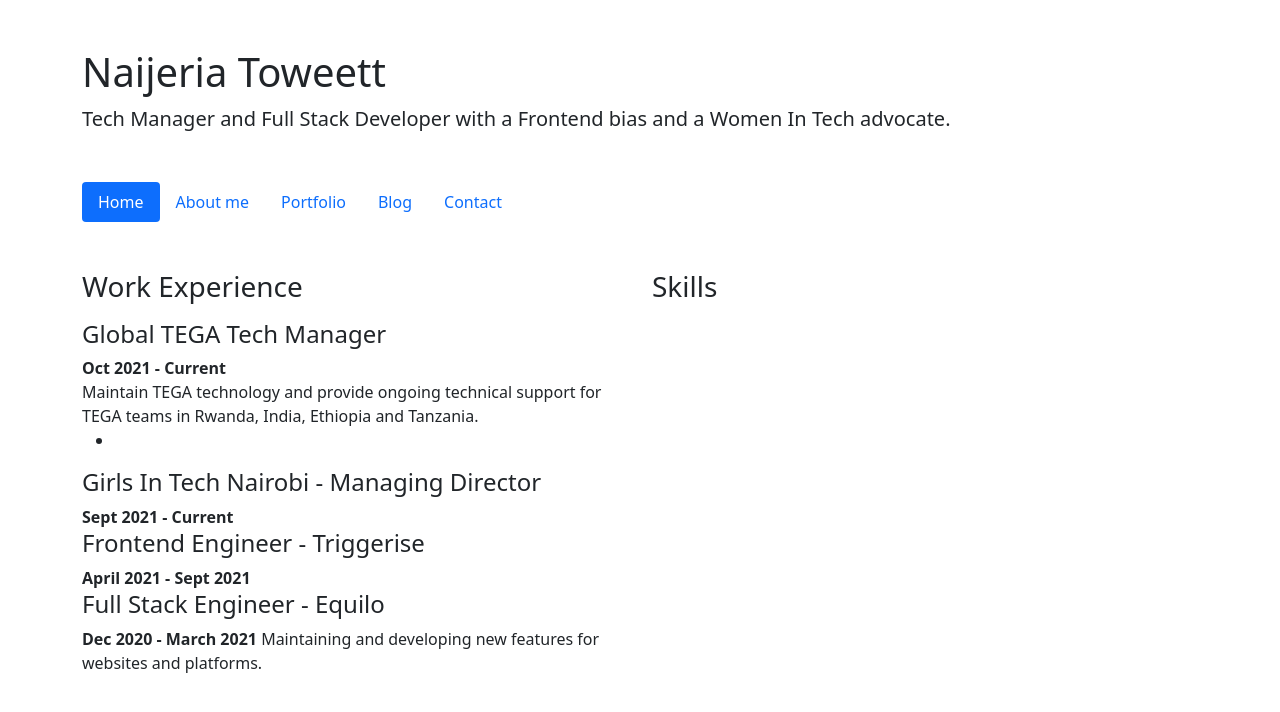
Repository: mamatechafrica/portfolio
Page: index.html
These files come from the project's save history. The page is drawn as it stood at one moment and after a run of saves; the edit follows.
The browser window is 1280 px wide. The pictures show the whole page.

Above is the page before, as saved 2022-01-04 14:18:09.

### index.html
<!doctype html>
<html lang="en">
    <head>
        <!-- Required meta tags -->
        <meta charset="utf-8">
        <meta name="viewport" content="width=device-width, initial-scale=1">

        <!-- Bootstrap CSS -->
        <link href="https://cdn.jsdelivr.net/npm/bootstrap@5.0.2/dist/css/bootstrap.min.css" rel="stylesheet" integrity="sha384-EVSTQN3/azprG1Anm3QDgpJLIm9Nao0Yz1ztcQTwFspd3yD65VohhpuuCOmLASjC" crossorigin="anonymous">

        <title>NashTheCoder portfolio</title>
    </head>
    <body>
        <div class="container my-5">
            <h1>Naijeria Toweett</h1>
            <p class="lead">
                Tech Manager and Full Stack Developer with a Frontend bias and a Women In Tech advocate.
            </p>
        </div>

        <div class="container">
            <nav>
                <ul class="nav nav-pills ">
                    <li class="nav-item">
                        <a class="nav-link active" aria-current="page" href="#">Home</a>
                    </li>
                    <li class="nav-item">
                        <a class="nav-link" href="#">About me</a>
                    </li>
                    <li class="nav-item">
                        <a class="nav-link" href="#">Portfolio</a>
                    </li>
                    <li class="nav-item">
                        <a class="nav-link" href="https://mumlovestech.com/" target="blank">Blog</a>
                    </li>
                    <li class="nav-item">
                        <a class="nav-link" href="#">Contact</a>
                    </li>
                </ul>
            </nav>
        </div>

        <div class="container mt-5">
            <div class="row">
                <div class="col">
                    <h3 class="mb-3">Work Experience</h3>
                    <h4>Global TEGA Tech Manager</h4>
                    <div>
                        <strong>Oct 2021 - Current</strong>
                    </div>
                        Maintain TEGA technology and provide ongoing technical support for TEGA teams in Rwanda, India, Ethiopia and Tanzania.
                    <ul>
                        <li></li>
                    </ul>
                    <h4>Girls In Tech Nairobi - Managing Director</h4>
                    <div>
                        <strong>Sept 2021 - Current</strong>

                    </div>
                    <h4>Frontend Engineer - Triggerise</h4>
                    <div>
                        <strong>April 2021 - Sept 2021</strong>
                    </div>
                    <h4>Full Stack Engineer - Equilo</h4>
                    <div>
                        <strong>Dec 2020 - March 2021</strong>
                        Maintaining and developing new features for websites and platforms.
                    </div>
                </div>
                <div class="col">
                    <h3 class="mb-3">Skills</h3>
                </div>
            </div>
        </div>

        <!-- Optional JavaScript; choose one of the two! -->

        <!-- Option 1: Bootstrap Bundle with Popper -->
        <script src="https://cdn.jsdelivr.net/npm/bootstrap@5.0.2/dist/js/bootstrap.bundle.min.js" integrity="sha384-MrcW6ZMFYlzcLA8Nl+NtUVF0sA7MsXsP1UyJoMp4YLEuNSfAP+JcXn/tWtIaxVXM" crossorigin="anonymous"></script>

        <!-- Option 2: Separate Popper and Bootstrap JS -->
        <!--
        <script src="https://cdn.jsdelivr.net/npm/@popperjs/core@2.9.2/dist/umd/popper.min.js" integrity="sha384-IQsoLXl5PILFhosVNubq5LC7Qb9DXgDA9i+tQ8Zj3iwWAwPtgFTxbJ8NT4GN1R8p" crossorigin="anonymous"></script>
        <script src="https://cdn.jsdelivr.net/npm/bootstrap@5.0.2/dist/js/bootstrap.min.js" integrity="sha384-cVKIPhGWiC2Al4u+LWgxfKTRIcfu0JTxR+EQDz/bgldoEyl4H0zUF0QKbrJ0EcQF" crossorigin="anonymous"></script>
        -->
    </body>
</html>

After the next 3 saves:
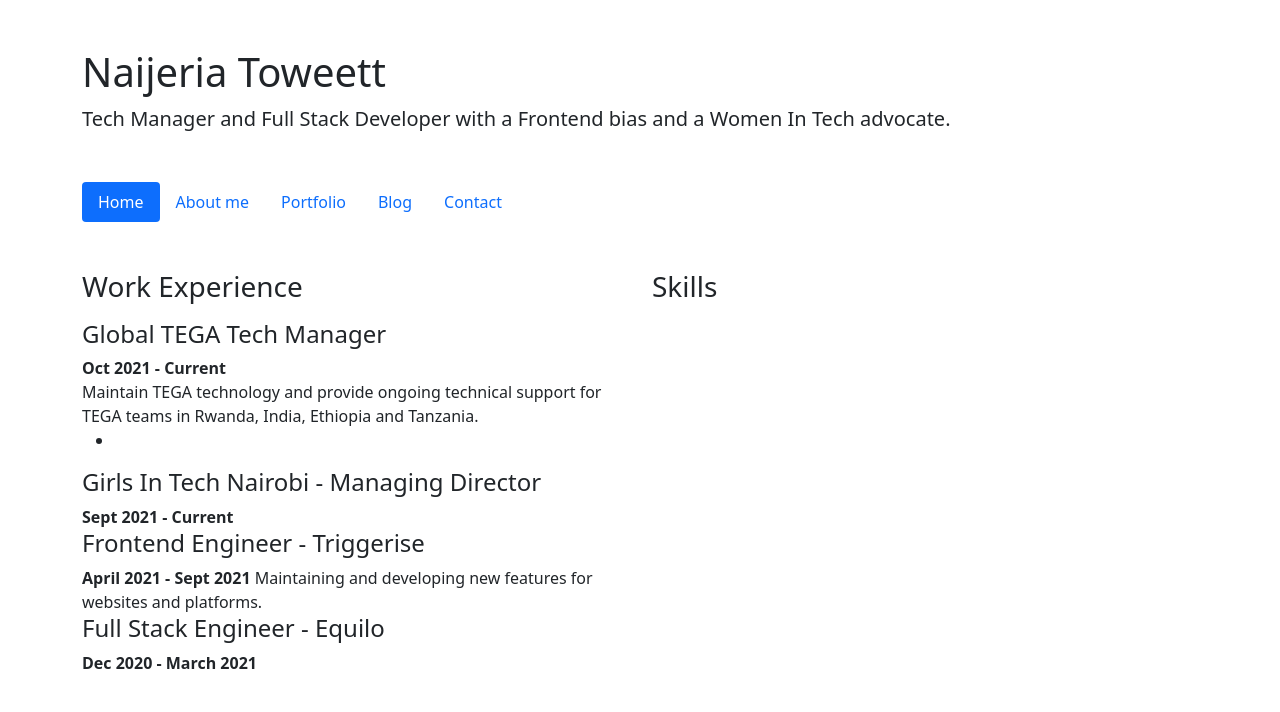
The 3 saves are shown as one change because they came seconds apart.
The last was saved 9 s later.
--- a/index.html
+++ b/index.html
@@ -60,11 +60,12 @@
                     <h4>Frontend Engineer - Triggerise</h4>
                     <div>
                         <strong>April 2021 - Sept 2021</strong>
+                        Maintaining and developing new features for websites and platforms.
                     </div>
                     <h4>Full Stack Engineer - Equilo</h4>
                     <div>
                         <strong>Dec 2020 - March 2021</strong>
-                        Maintaining and developing new features for websites and platforms.
+
                     </div>
                 </div>
                 <div class="col">
